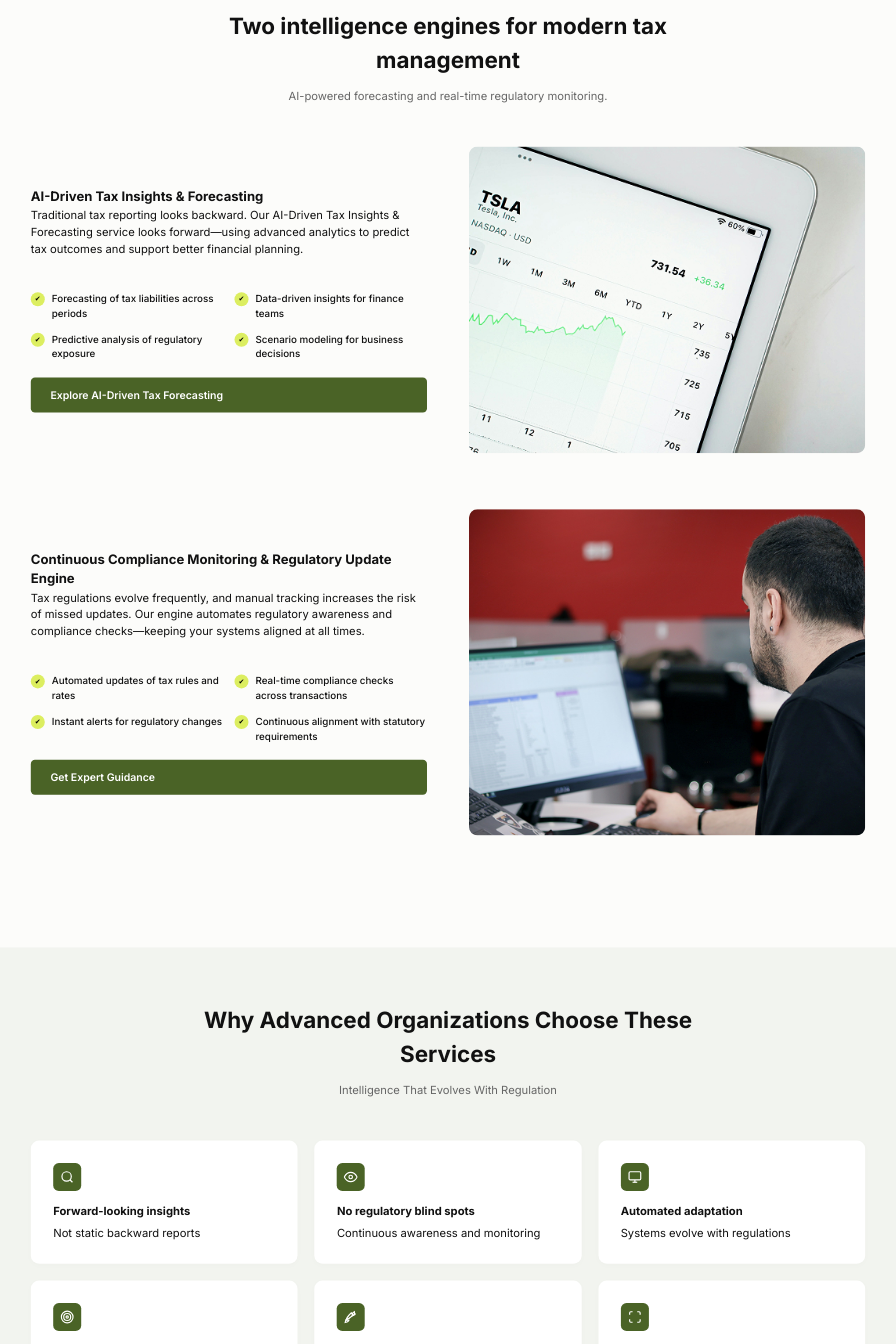
Repository: Opawumi/work_merate
Page: advanced-intelligence.html
An editor plug-in stored every save of this project. The page is shown before and after a run of saves, followed by the edit.
The browser window is 1280 px wide. The pictures show the part of the page from y = 1258 to 3178 px (the page is 4254 px tall), at 70% of full size.

Above is the page before, as saved 2026-02-02 12:15:58.

### advanced-intelligence.html
<!DOCTYPE html>
<html lang="en">
<head>
    <meta charset="UTF-8">
    <meta name="viewport" content="width=device-width, initial-scale=1.0">
    <title>Advanced Intelligence - WorkMerate</title>
    <link rel="stylesheet" href="advanced-intelligence.css">
    <link rel="preconnect" href="https://fonts.googleapis.com">
    <link rel="preconnect" href="https://fonts.gstatic.com" crossorigin>
    <link href="https://fonts.googleapis.com/css2?family=Inter:wght@400;500;600;700;800&display=swap" rel="stylesheet">
</head>
<body>

    <nav class="navbar">
        <div class="container nav-wrapper">
            <a href="#" class="logo">W<span class="bag-icon"></span>rkMerate</a>

            <ul class="nav-menu">
                <li><a href="#" class="nav-link">Agentic AI</a></li>
                <li><a href="#" class="nav-link active">Services <svg class="chevron" viewBox="0 0 24 24" fill="none" stroke="currentColor" stroke-width="2"><polyline points="6 9 12 15 18 9"></polyline></svg></a></li>
                <li><a href="#" class="nav-link">Modules <svg class="chevron" viewBox="0 0 24 24" fill="none" stroke="currentColor" stroke-width="2"><polyline points="6 9 12 15 18 9"></polyline></svg></a></li>
                <li><a href="#" class="nav-link">Pricing</a></li>
                <li><a href="#" class="nav-link">Resources <svg class="chevron" viewBox="0 0 24 24" fill="none" stroke="currentColor" stroke-width="2"><polyline points="6 9 12 15 18 9"></polyline></svg></a></li>
                <li><a href="#" class="nav-link">About us</a></li>
            </ul>

            <div class="nav-actions">
                <a href="#" class="login-link">Login</a>
                <a href="#" class="btn-nav">Try it Free</a>
            </div>

            <div class="hamburger" id="hamburger">
                <span class="bar"></span><span class="bar"></span><span class="bar"></span>
            </div>
        </div>
        <div class="mobile-menu" id="mobileMenu">
             <a href="#" class="mobile-link">Agentic AI</a>
             <a href="#" class="mobile-link">Services</a>
             <a href="#" class="mobile-link">Modules</a>
             <a href="#" class="mobile-link">Pricing</a>
        </div>
    </nav>

    <section class="hero-ai">
        <div class="container hero-container">
            <div class="hero-content">
                <div class="breadcrumbs">
                    <span class="crumb-gray">Services</span>
                    <svg class="crumb-arrow" viewBox="0 0 24 24"><path d="M10 6L8.59 7.41 13.17 12l-4.58 4.59L10 18l6-6z"/></svg>
                    <span class="crumb-current">Advanced Intelligence</span>
                </div>
                <h1>Future-Ready Tax Intelligence Powered by Data, Automation, and AI</h1>
                <p class="hero-description">
                    As tax regulation becomes more dynamic and data-driven, organizations need tools that anticipate change—not just react to it. We apply artificial intelligence, predictive analytics, and continuous monitoring to help businesses stay ahead.
                </p>
                <div class="hero-buttons">
                    <a href="#" class="btn-hero-primary">Talk to Experts</a>
                    <a href="#" class="btn-hero-secondary">Request Demo</a>
                </div>
            </div>
            </div>
    </section>

    <section class="section-padding bg-white">
        <div class="container">
            <div class="section-header">
                <h2>What We Do</h2>
                <p>Advanced tax capabilities that transform data into actionable insight and adapt automatically to regulatory changes.</p>
            </div>
            <div class="grid-4">
                <div class="card-outline">
                    <div class="icon-box-lime"><svg viewBox="0 0 24 24" fill="none" stroke="currentColor" stroke-width="2"><path d="M9.5 2A2.5 2.5 0 0 1 12 4.5v15a2.5 2.5 0 0 1-4.96.44 2.5 2.5 0 0 1-2.96-3.08 3 3 0 0 1-.34-5.58 2.5 2.5 0 0 1 1.32-4.24 2.5 2.5 0 0 1 1.98-3A2.5 2.5 0 0 1 9.5 2Z"></path><path d="M14.5 2A2.5 2.5 0 0 0 12 4.5v15a2.5 2.5 0 0 0 4.96.44 2.5 2.5 0 0 0 2.96-3.08 3 3 0 0 0 .34-5.58 2.5 2.5 0 0 0-1.32-4.24 2.5 2.5 0 0 0-1.98-3A2.5 2.5 0 0 0 14.5 2Z"></path></svg></div>
                    <h3>Predictive Intelligence</h3>
                    <p>AI models forecast tax outcomes</p>
                </div>
                <div class="card-outline">
                    <div class="icon-box-lime"><svg viewBox="0 0 24 24" fill="none" stroke="currentColor" stroke-width="2"><polyline points="22 12 18 12 15 21 9 3 6 12 2 12"></polyline></svg></div>
                    <h3>Real-Time Monitoring</h3>
                    <p>Continuous compliance awareness</p>
                </div>
                <div class="card-outline">
                    <div class="icon-box-lime"><svg viewBox="0 0 24 24" fill="none" stroke="currentColor" stroke-width="2"><path d="M23 4v6h-6"></path><path d="M1 20v-6h6"></path><path d="M3.51 9a9 9 0 0 1 14.85-3.36L23 10M1 14l4.64 4.36A9 9 0 0 0 20.49 15"></path></svg></div>
                    <h3>Auto-Adaptation</h3>
                    <p>Systems adjust to rule changes</p>
                </div>
                <div class="card-outline">
                    <div class="icon-box-lime"><svg viewBox="0 0 24 24" fill="none" stroke="currentColor" stroke-width="2"><path d="M12 2a6 6 0 0 1 6 6c0 7-6 13-6 13S6 15 6 8a6 6 0 0 1 6-6z"></path><line x1="12" y1="22" x2="12" y2="22"></line><line x1="12" y1="18" x2="12" y2="15"></line></svg></div>
                    <h3>Strategic Insights</h3>
                    <p>Data-driven decision support</p>
                </div>
            </div>
        </div>
    </section>

    <section class="section-padding bg-cream">
        <div class="container">
            <div class="section-header">
                <h2>Two intelligence engines for modern tax management</h2>
                <p>AI-powered forecasting and real-time regulatory monitoring.</p>
            </div>

            <div class="equal-height-row">
                <div class="text-content">
                    <h3>AI-Driven Tax Insights & Forecasting</h3>
                    <p class="mb-6">Traditional tax reporting looks backward. Our AI-Driven Tax Insights & Forecasting service looks forward—using advanced analytics to predict tax outcomes and support better financial planning.</p>
                    <ul class="check-grid">
                        <li><span class="check-circle">✔</span> <span>Forecasting of tax liabilities across periods</span></li>
                        <li><span class="check-circle">✔</span> <span>Data-driven insights for finance teams</span></li>
                        <li><span class="check-circle">✔</span> <span>Predictive analysis of regulatory exposure</span></li>
                        <li><span class="check-circle">✔</span> <span>Scenario modeling for business decisions</span></li>
                    </ul>
                    <a href="#" class="btn-dark mt-6">Explore AI-Driven Tax Forecasting</a>
                </div>
                <div class="image-content">
                    <img src="./assets/ai-one.png" alt="Tablet showing graphs">
                </div>
            </div>

            <div class="equal-height-row reverse">
                <div class="image-content">
                    <img src="./assets/ai-two.png" alt="Man at computer">
                </div>
                <div class="text-content">
                    <h3>Continuous Compliance Monitoring & Regulatory Update Engine</h3>
                    <p class="mb-6">Tax regulations evolve frequently, and manual tracking increases the risk of missed updates. Our engine automates regulatory awareness and compliance checks—keeping your systems aligned at all times.</p>
                    <ul class="check-grid">
                        <li><span class="check-circle">✔</span> <span>Automated updates of tax rules and rates</span></li>
                        <li><span class="check-circle">✔</span> <span>Real-time compliance checks across transactions</span></li>
                        <li><span class="check-circle">✔</span> <span>Instant alerts for regulatory changes</span></li>
                        <li><span class="check-circle">✔</span> <span>Continuous alignment with statutory requirements</span></li>
                    </ul>
                    <a href="#" class="btn-dark mt-6">Get Expert Guidance</a>
                </div>
            </div>
        </div>
    </section>

    <section class="section-padding bg-light-gray">
        <div class="container">
            <div class="section-header">
                <h2>Why Advanced Organizations Choose These Services</h2>
                <p>Intelligence That Evolves With Regulation</p>
            </div>
            <div class="grid-3">
                <div class="card-white">
                    <div class="icon-box-dark"><svg viewBox="0 0 24 24" fill="none" stroke="currentColor" stroke-width="2"><circle cx="11" cy="11" r="8"></circle><line x1="21" y1="21" x2="16.65" y2="16.65"></line></svg></div>
                    <h3>Forward-looking insights</h3>
                    <p>Not static backward reports</p>
                </div>
                <div class="card-white">
                    <div class="icon-box-dark"><svg viewBox="0 0 24 24" fill="none" stroke="currentColor" stroke-width="2"><path d="M1 12s4-8 11-8 11 8 11 8-4 8-11 8-11-8-11-8z"></path><circle cx="12" cy="12" r="3"></circle></svg></div>
                    <h3>No regulatory blind spots</h3>
                    <p>Continuous awareness and monitoring</p>
                </div>
                <div class="card-white">
                    <div class="icon-box-dark"><svg viewBox="0 0 24 24" fill="none" stroke="currentColor" stroke-width="2"><rect x="2" y="3" width="20" height="14" rx="2" ry="2"></rect><line x1="8" y1="21" x2="16" y2="21"></line><line x1="12" y1="17" x2="12" y2="21"></line></svg></div>
                    <h3>Automated adaptation</h3>
                    <p>Systems evolve with regulations</p>
                </div>
                <div class="card-white">
                    <div class="icon-box-dark"><svg viewBox="0 0 24 24" fill="none" stroke="currentColor" stroke-width="2"><circle cx="12" cy="12" r="10"></circle><circle cx="12" cy="12" r="6"></circle><circle cx="12" cy="12" r="2"></circle></svg></div>
                    <h3>Decision confidence</h3>
                    <p>Data-backed strategic choices</p>
                </div>
                <div class="card-white">
                    <div class="icon-box-dark"><svg viewBox="0 0 24 24" fill="none" stroke="currentColor" stroke-width="2"><path d="M4.5 16.5c-1.5 1.26-2 5-2 5s3.74-.5 5-2c.48-.56.93-1.23 1.35-1.95a12.65 12.65 0 0 1-5.4-1.05zm14.85-8.1a12.65 12.65 0 0 1-1.05-5.4c-.72.42-1.39.87-1.95 1.35-1.5 1.26-2 5-2 5s3.74-.5 5-2z"></path><path d="M12 12c-3 3-8 5-8 5s2-5 5-8l4-4 4 4z"></path></svg></div>
                    <h3>Built for scale</h3>
                    <p>Technology designed for resilience</p>
                </div>
                <div class="card-white">
                    <div class="icon-box-dark"><svg viewBox="0 0 24 24" fill="none" stroke="currentColor" stroke-width="2"><path d="M8 3H5a2 2 0 0 0-2 2v3m18 0V5a2 2 0 0 0-2-2h-3m0 18h3a2 2 0 0 0 2-2v-3M3 16v3a2 2 0 0 0 2 2h3"></path></svg></div>
                    <h3>Future-ready</h3>
                    <p>Prepared for tomorrow's challenges</p>
                </div>
            </div>
        </div>
    </section>

    <section class="section-padding bg-white">
        <div class="container">
            <div class="cta-banner">
                <h2>Prepare for Tomorrow's Tax Landscape Today</h2>
                <p>Our Advanced Services make tax a source of intelligence. We help you anticipate change and manage risk confidently.</p>
                <div class="cta-actions">
                    <a href="#" class="btn-dark">Talk to Experts</a>
                    <a href="#" class="btn-text-link">Request Demo</a>
                </div>
            </div>
        </div>
    </section>

    <footer class="footer-section">
        <div class="container">
            <div class="footer-top">
                <div class="footer-brand">
                    <a href="#" class="logo">W<span class="bag-icon"></span>rkMerate</a>
                    <p class="contact-text"><strong>USA Customer Support:</strong><br>(+1) 256 441 3090</p>
                    <p class="contact-text"><strong>NGA Customer Support:</strong><br>(+234) 907 713 7167</p>
                    <div class="social-icons">
                         <span>f</span><span>x</span><span>in</span>
                    </div>
                </div>
                <div class="footer-links-grid">
                    <div>
                        <h4>Services</h4>
                        <ul><li><a href="#">Tax Automation</a></li><li><a href="#">ERP Integration</a></li></ul>
                    </div>
                    <div>
                        <h4>Modules</h4>
                        <ul><li><a href="#">Human Resources</a></li><li><a href="#">Financial Management</a></li></ul>
                    </div>
                    <div>
                        <h4>Resources</h4>
                        <ul><li><a href="#">Compliance Loss</a></li><li><a href="#">State IRS</a></li></ul>
                    </div>
                    <div>
                        <h4>Other Links</h4>
                        <ul><li><a href="#">About Us</a></li><li><a href="#">Pricing</a></li></ul>
                    </div>
                </div>
            </div>
            <hr>
            <div class="footer-newsletter">
                <h3>Subscribe to our newsletter</h3>
                <div class="nl-form">
                    <input type="email" placeholder="Enter your email">
                    <button class="btn-dark">Subscribe</button>
                </div>
            </div>
            <hr>
            <div class="footer-bottom">
                <p>&copy; 2025 WorkMerate - All rights reserved</p>
                <span class="nitda-badge">NiTDA</span>
            </div>
        </div>
    </footer>

    <script>
        document.getElementById('hamburger').addEventListener('click', function() {
            this.classList.toggle('active');
            document.getElementById('mobileMenu').classList.toggle('open');
        });
    </script>
</body>
</html>

Loaded but not shown: advanced-intelligence.css (543 lines, source omitted)

After the next 4 saves:
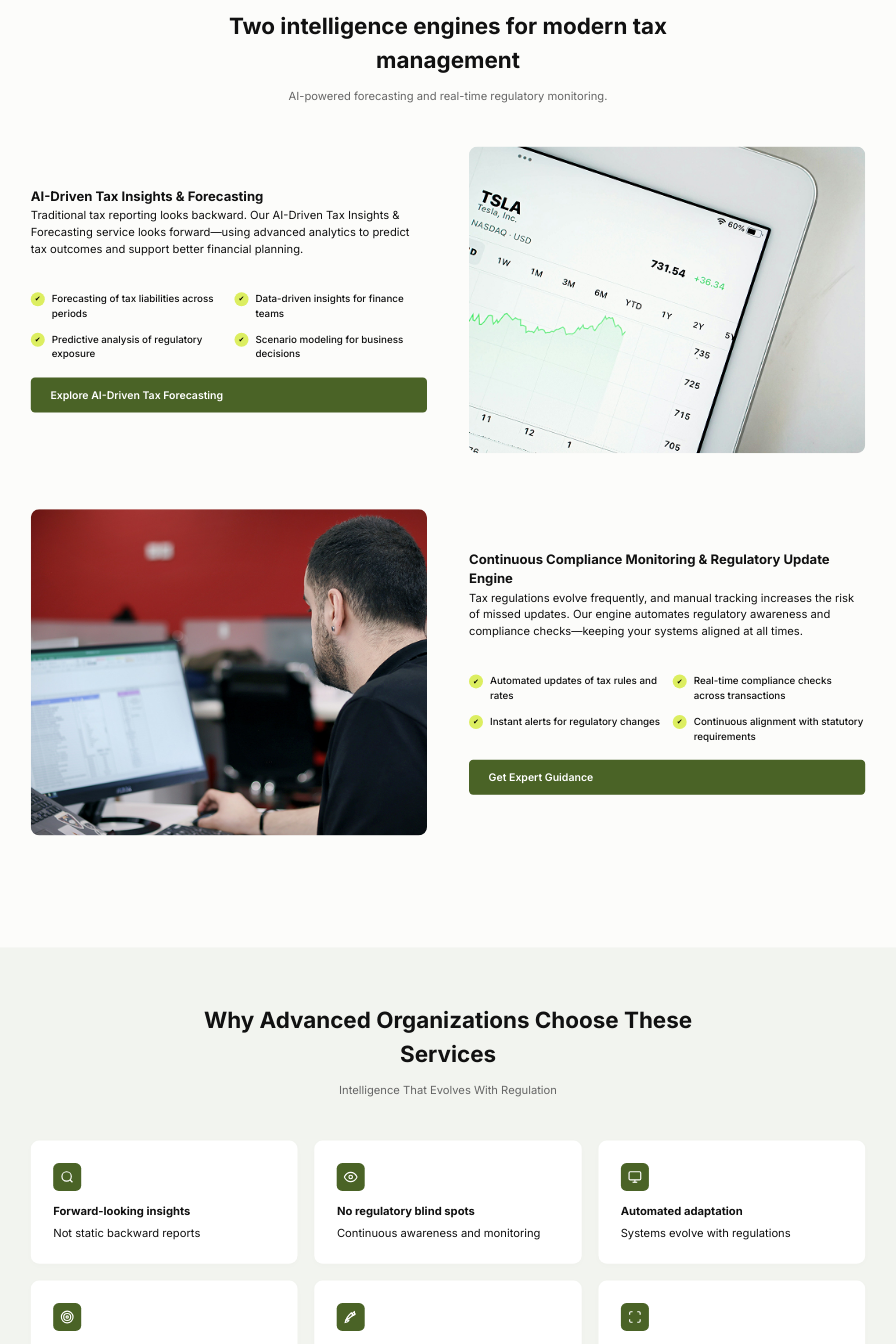
The 4 saves are shown as one change because they came seconds apart.
The last was saved 60 s later.
--- a/advanced-intelligence.html
+++ b/advanced-intelligence.html
@@ -117,9 +117,6 @@
             </div>
 
             <div class="equal-height-row reverse">
-                <div class="image-content">
-                    <img src="./assets/ai-two.png" alt="Man at computer">
-                </div>
                 <div class="text-content">
                     <h3>Continuous Compliance Monitoring & Regulatory Update Engine</h3>
                     <p class="mb-6">Tax regulations evolve frequently, and manual tracking increases the risk of missed updates. Our engine automates regulatory awareness and compliance checks—keeping your systems aligned at all times.</p>
@@ -131,6 +128,9 @@
                     </ul>
                     <a href="#" class="btn-dark mt-6">Get Expert Guidance</a>
                 </div>
+                                <div class="image-content">
+                    <img src="./assets/ai-two.png" alt="Man at computer">
+                </div>
             </div>
         </div>
     </section>
